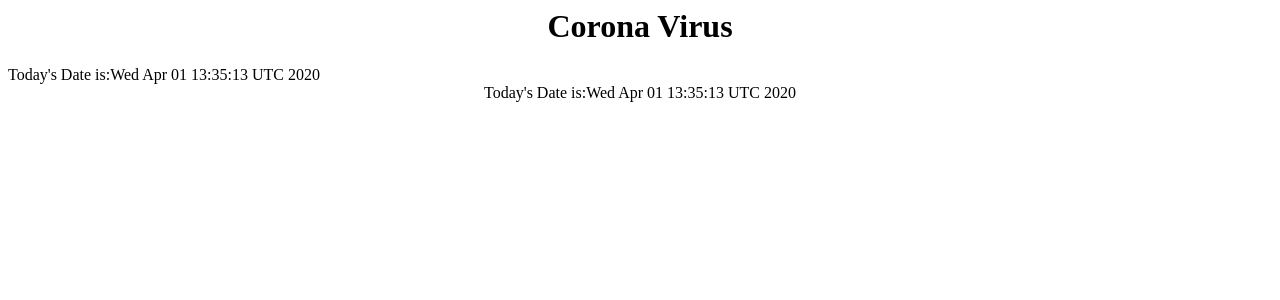
Repository: ZubaerAhmed/2-Corona-virus-eclipse-workspace
Page: http://localhost/CoronaVirus/Corona/main.jsp
The author's editor kept a copy of each file at every save. The page is drawn from the files as they stood at one save, then again after the next save.
The browser window is 1280 px wide. The pictures show the whole page.
The page is served by Tomcat 9.

Above is the page before, as saved 2020-04-01 19:36:30.

After the next save:
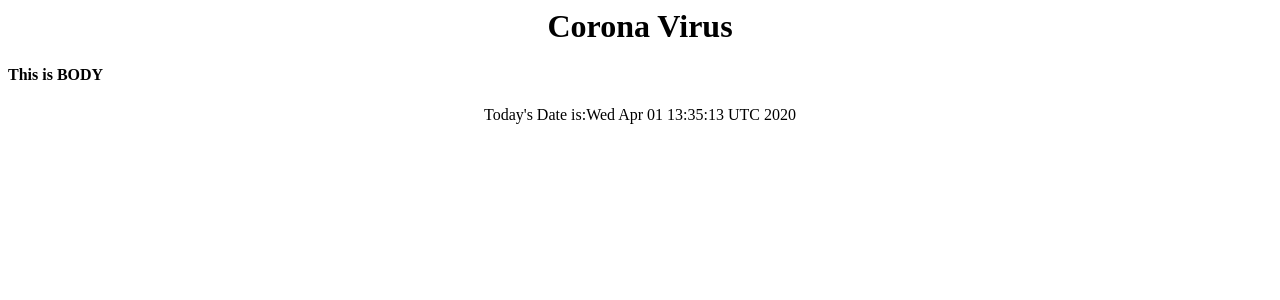
Saved 52 s later.
--- a/CoronaVirus/WebContent/Corona/main.jsp
+++ b/CoronaVirus/WebContent/Corona/main.jsp
@@ -4,7 +4,7 @@
 <body>
 	<jsp:include page="header.html"></jsp:include>
 
-	Today's Date is:<%= new java.util.Date()  %>
+	<h4>This is BODY</h4>
 
 	<jsp:include page="footer.jsp"></jsp:include>
 </body>
